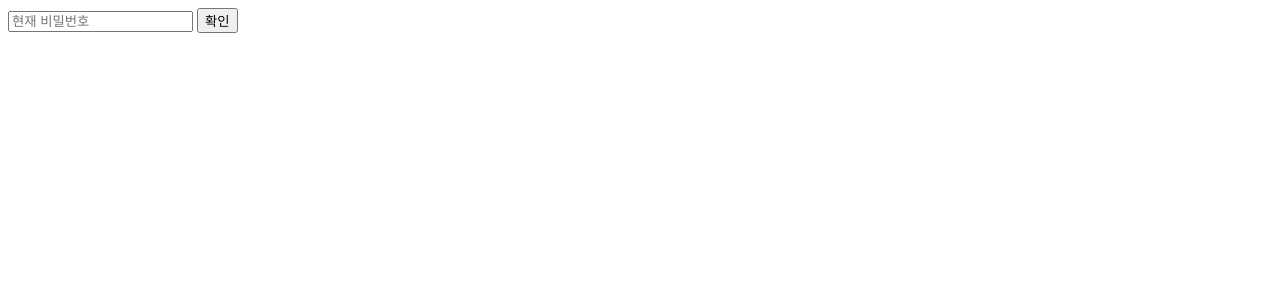
Repository: kayoyo/jsp
Page: http://localhost/BoardWeb_4/changePW
The author's editor kept a copy of each file at every save. The page is drawn from the files as they stood at one save, then again after the next save.
The browser window is 1280 px wide. The pictures show the whole page.
The page is served by Tomcat 9. Other server files are loaded and not shown.

Above is the page before, as saved 2020-09-03 00:46:00.

### BoardWeb_4/WebContent/WEB-INF/jsp/user/changePW.jsp
<%@ page language="java" contentType="text/html; charset=UTF-8"
    pageEncoding="UTF-8"%>
<%@ taglib uri="http://java.sun.com/jsp/jstl/core" prefix="c" %>
<!DOCTYPE html>
<html>
<head>
<meta charset="UTF-8">
<title>비밀번호 변경</title>
</head>
<body>
<!-- 이전 비밀번호 확인 -->
	<c:if test="${isAuth == false || isAuth == null}">
		<div class="beforePW">
		<form action="/changePW" method="post">
		<input type="hidden" name="type" value="1">
		<label><input type="password" name="passWord" placeholder="현재 비밀번호"></label>
		<input type="submit" value="확인">
		</form>
		</div>
	</c:if>
<!-- 비밀번호 변경 -->
	<c:if test="${isAuth == true}">
		<div class="afterPW">
		<form id= "changeFrm" action="/changePW" method="post" onsubmit="return chkChangePW()">
		<input type="hidden" name="type" value="2">
		<label><input type="password" name="passWord" placeholder="변경 비밀번호"></label>
		<label><input type="password" name="rePassWordCon" placeholder="변경 비밀번호 확인"></label>
		<input type="submit" value="확인">
		</form>
		</div>
	</c:if>
	<script>
		function chkChangePW() {
			if(changeFrm.passWord.value.length == 0){
				alert('비밀번호를 작성 해 주세요')
				return false
			} else if(changeFrm.passWord.value != changeFrm.rePassWordCon.value) {
				alert('비밀번호를 확인 해 주세요')
				return false
			}
		}
	</script>
</body>
</html>

### BoardWeb_4/src/com/koreait/pjt/user/ChangePwSer.java
package com.koreait.pjt.user;

import java.io.IOException;
import javax.servlet.ServletException;
import javax.servlet.annotation.WebServlet;
import javax.servlet.http.HttpServlet;
import javax.servlet.http.HttpServletRequest;
import javax.servlet.http.HttpServletResponse;

import com.koreait.pjt.ViewResolver;


@WebServlet("/changePW")
public class ChangePwSer extends HttpServlet {
	private static final long serialVersionUID = 1L;


	protected void doGet(HttpServletRequest request, HttpServletResponse response) throws ServletException, IOException {
			ViewResolver.forword("user/changePW", request, response);
	}


	protected void doPost(HttpServletRequest request, HttpServletResponse response) throws ServletException, IOException {

	}

}

### BoardWeb_4/src/com/koreait/pjt/ViewResolver.java
package com.koreait.pjt;

import java.io.IOException;

import javax.servlet.ServletException;
import javax.servlet.http.HttpServlet;
import javax.servlet.http.HttpServletRequest;
import javax.servlet.http.HttpServletResponse;

public class ViewResolver {
	public static void forword(String fileNm, HttpServletRequest request, HttpServletResponse response) throws ServletException, IOException{
		String jsp = String.format("/WEB-INF/jsp/%s.jsp", fileNm);
		request.getRequestDispatcher(jsp).forward(request, response);

	}

	//로그인 체크
	public static void forwordLoginChk(String fileNm, HttpServletRequest request, HttpServletResponse response) throws ServletException, IOException {

		if(MyUtils.isLogout(request)) {
			response.sendRedirect("/login"); //로그인이 안되어 있을 때
			return;
		}
		ViewResolver.forword(fileNm, request, response);
	}

}

After the next save:
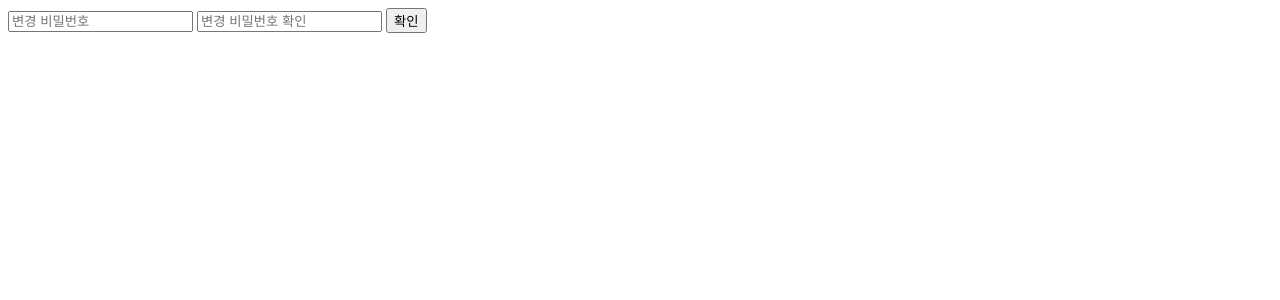
Saved 2 min 15 s later.
--- a/BoardWeb_4/src/com/koreait/pjt/user/ChangePwSer.java
+++ b/BoardWeb_4/src/com/koreait/pjt/user/ChangePwSer.java
@@ -16,6 +16,7 @@ public class ChangePwSer extends HttpServlet {
 
 
 	protected void doGet(HttpServletRequest request, HttpServletResponse response) throws ServletException, IOException {
+			request.setAttribute("isAuth", true);
 			ViewResolver.forword("user/changePW", request, response);
 	}
 
